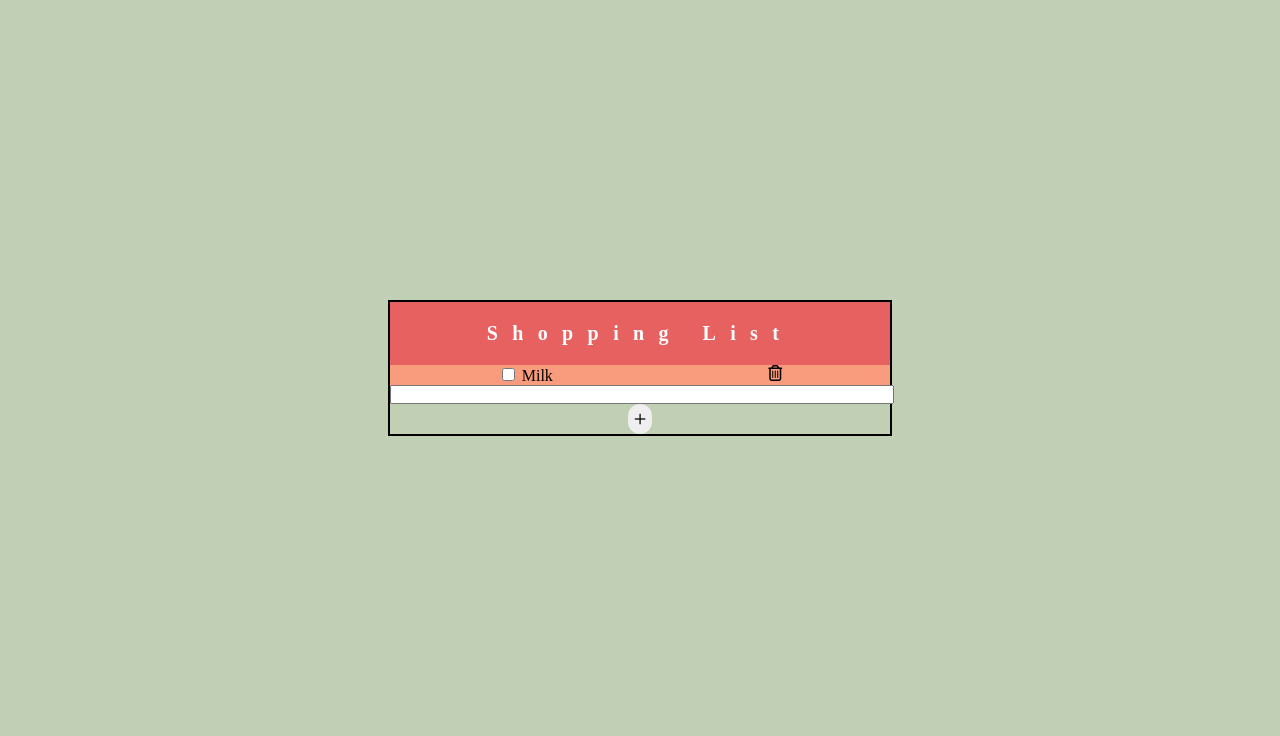
Repository: sephinejo/shopping-list-app
Page: index.html
An editor plug-in stored every save of this project. The page is shown before and after the next save, followed by the edit.
The browser window is 1280 px wide. The pictures show the whole page.
Some web fonts or font styles are not loaded; a fallback is used. Some web libraries are served in a nearby version.

Above is the page before, as saved 2023-05-11 22:26:07.

After the next save:
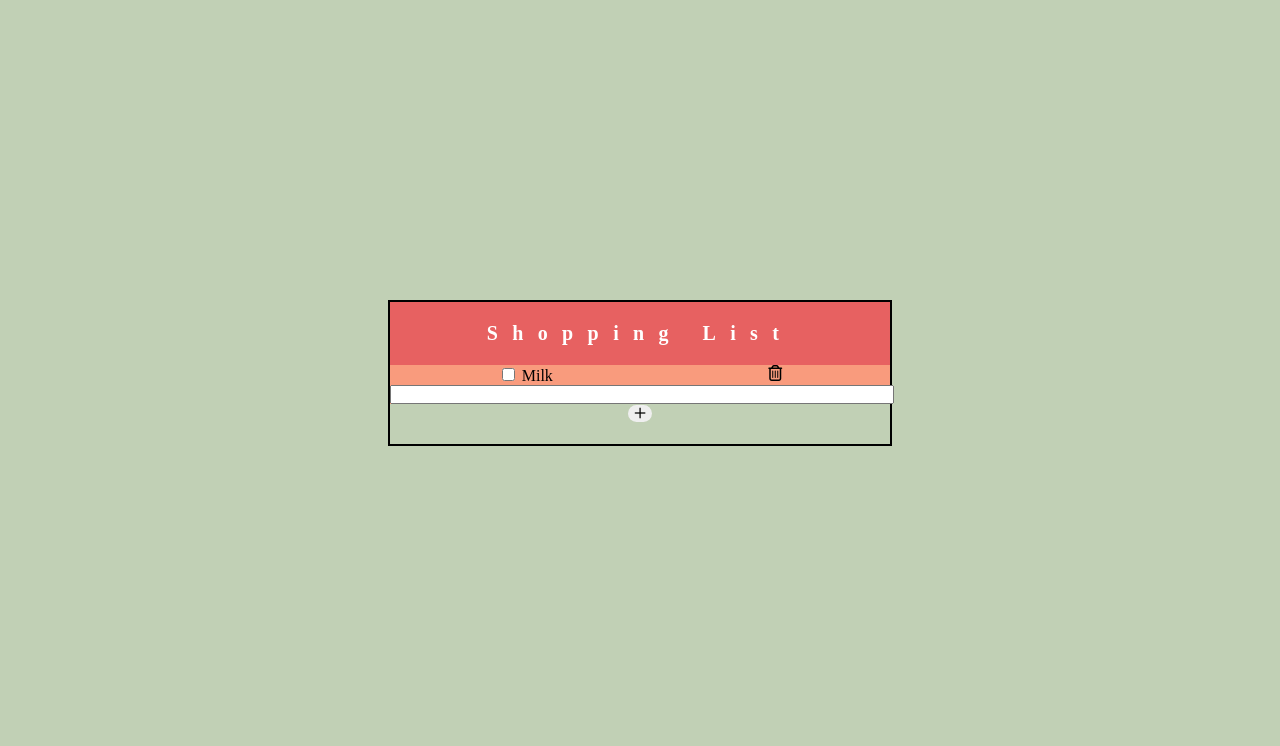
Saved 13 s later.
--- a/style.css
+++ b/style.css
@@ -44,8 +44,11 @@ li {
   padding: 0;
 }
 
+footer {
+  height: 40px;
+}
+
 button {
   border-style: none;
   border-radius: 100px;
-  height: 30px;
 }
